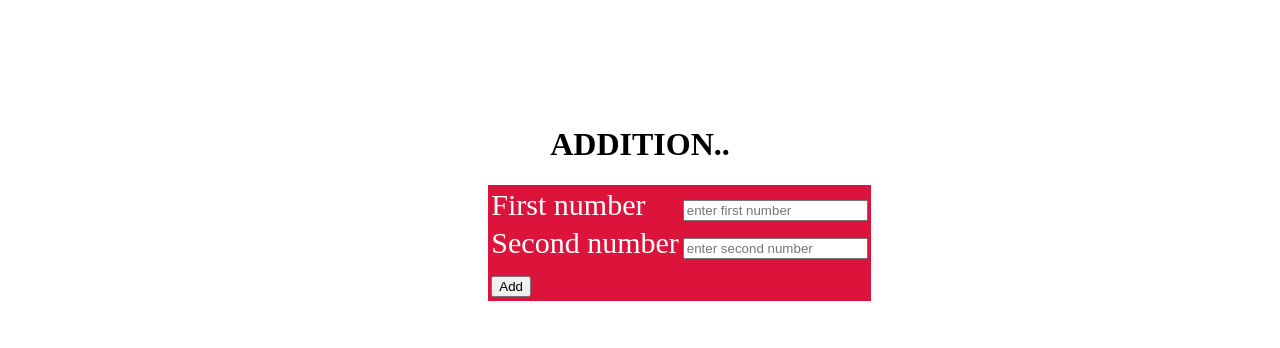
Repository: vima107/JDBC-CRUD-OPERATIONS
Page: addition/src/main/webapp/index.html
An editor plug-in stored every save of this project. The page is shown before and after the next save, followed by the edit.
The browser window is 1280 px wide. The pictures show the whole page.

Above is the page before, as saved 2024-10-09 10:50:16.

After the next save:
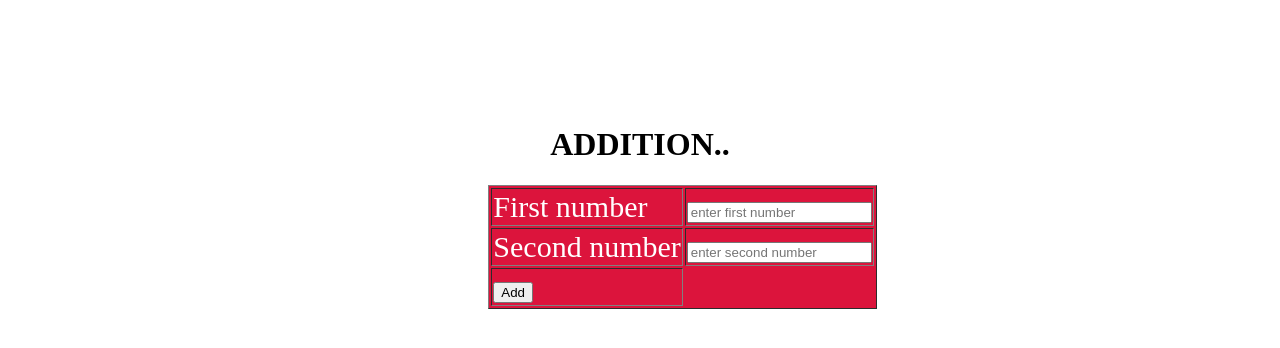
Saved 33 s later.
--- a/addition/src/main/webapp/index.html
+++ b/addition/src/main/webapp/index.html
@@ -6,7 +6,7 @@
 </head>
 <body>
 	<h1 style="margin-top:10%"><center>ADDITION..</center></h1>
-	<table style="margin-left:38%;background-color:crimson; font-size:30px;color:white">
+	<table style="margin-left:38%;background-color:crimson; font-size:30px;color:white" border=1>
 	<form action="/addition/Add">
 		<tr>
 			<td>First number</td>
